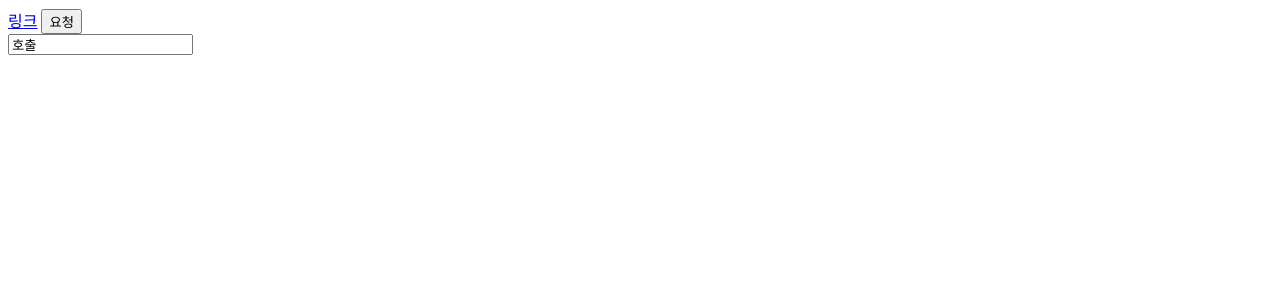
Repository: uj06134/Metabuild_JSP
Page: http://localhost/08_Servlet/form.jsp
The author's editor kept a copy of each file at every save. The page is drawn from the files as they stood at one save, then again after the next save.
The browser window is 1280 px wide. The pictures show the whole page.
The page is served by Tomcat 9. Other server files are loaded and not shown.

Above is the page before, as saved 2025-09-16 07:41:54.

### 08_Servlet/src/main/webapp/form.jsp
<%@ page language="java" contentType="text/html; charset=UTF-8"
    pageEncoding="UTF-8"%>

<script>
    function movePage() {
        location = "test.do";
    }
</script>

<!-- get -->
<a href="test.do">링크</a>
<input type="button" value="요청" onClick="movePage()">

<br>
<form method="get" action="test.do">
	<input type="sumbit" value="호출">
</form>
<!-- post 방식 -->

After the next save:
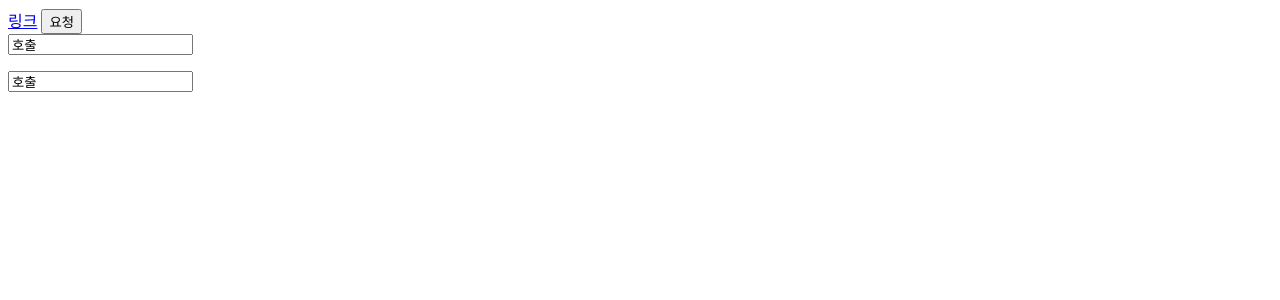
Saved 5 s later.
--- a/08_Servlet/src/main/webapp/form.jsp
+++ b/08_Servlet/src/main/webapp/form.jsp
@@ -7,7 +7,7 @@
     }
 </script>
 
-<!-- get -->
+<!-- get 방식 -->
 <a href="test.do">링크</a>
 <input type="button" value="요청" onClick="movePage()">
 
@@ -16,3 +16,6 @@
 	<input type="sumbit" value="호출">
 </form>
 <!-- post 방식 -->
+<form method="get" action="test.do">
+	<input type="sumbit" value="호출">
+</form>
